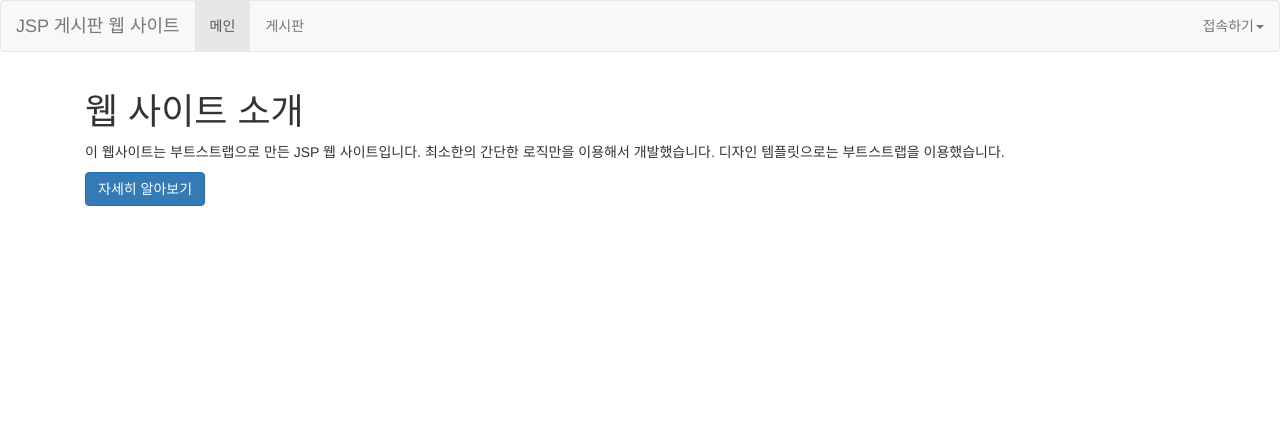
Repository: kkdk1116/JSP_Test
Page: http://localhost/BBS/main.jsp
An editor plug-in stored every save of this project. The page is shown before and after the next save, followed by the edit.
The browser window is 1280 px wide. The pictures show the whole page.
Some web libraries are served in a nearby version. The page is served by Tomcat 9.

Above is the page before, as saved 2022-03-12 07:05:25.

After the next save:
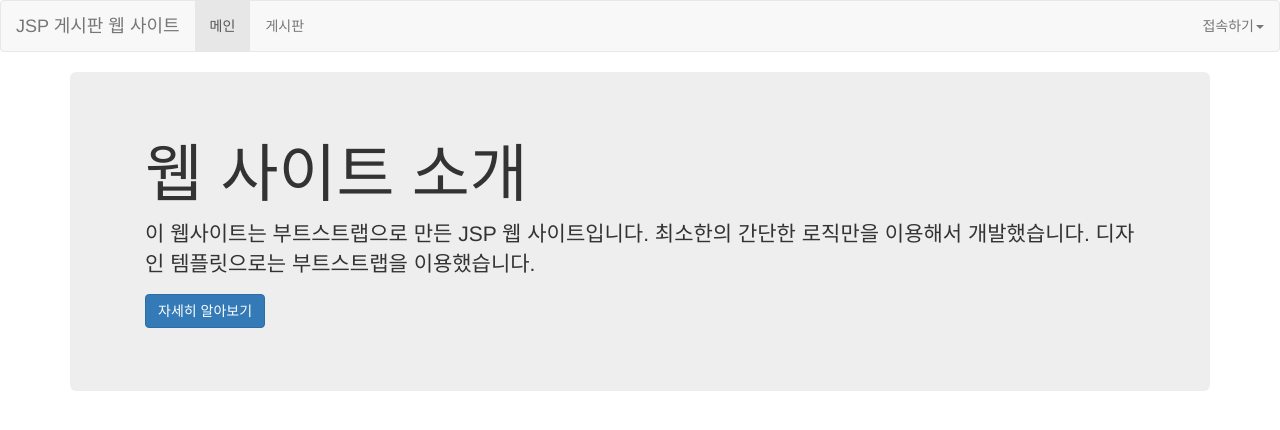
Saved 38 s later.
--- a/BBS/WebContent/main.jsp
+++ b/BBS/WebContent/main.jsp
@@ -66,7 +66,7 @@
 		</div>
 	</nav>
 	<div class="container">
-		<div class="junbotron">
+		<div class="jumbotron">
 			<div class="container">
 				<h1>웹 사이트 소개</h1>
 				<p>이 웹사이트는 부트스트랩으로 만든 JSP 웹 사이트입니다. 최소한의 간단한 로직만을 이용해서 개발했습니다. 디자인 템플릿으로는 부트스트랩을 이용했습니다.</p>
